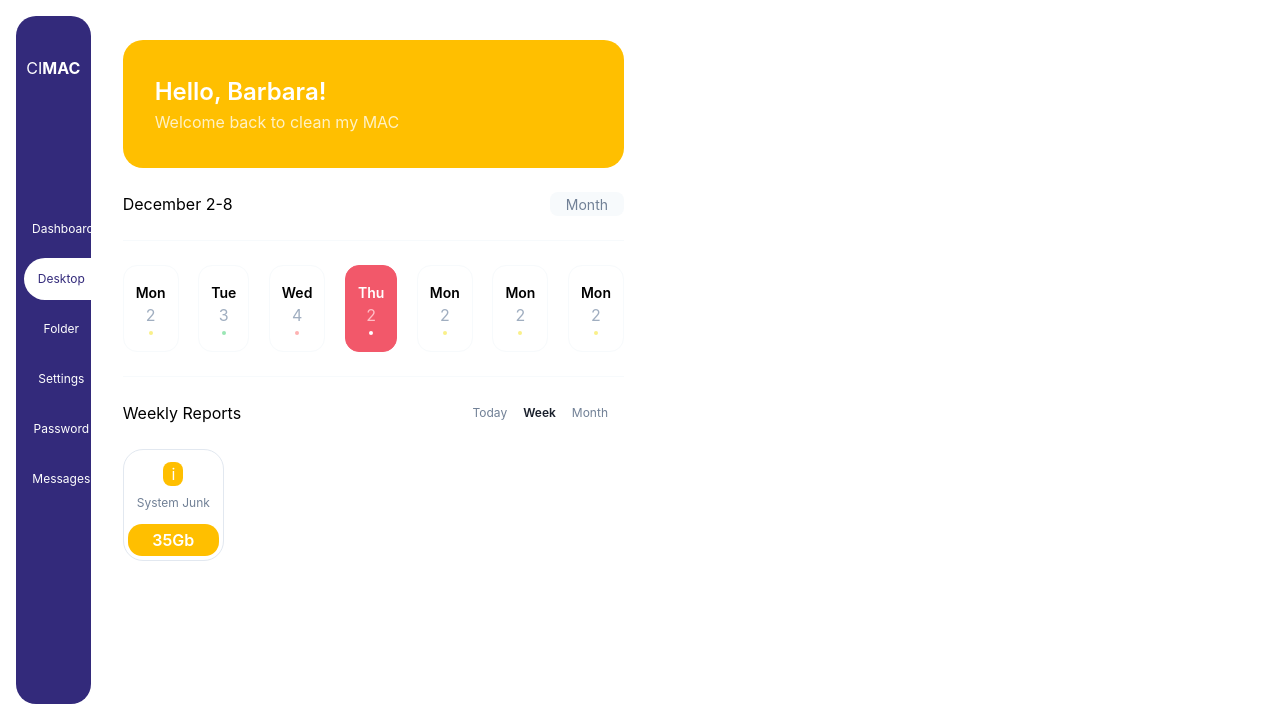
Repository: charleyvibez/experiment-Utility-software-UI
Page: index.html
These files come from the project's save history. The page is drawn as it stood at one moment and after the next save; the edit follows.
The browser window is 1280 px wide. The pictures show the whole page.

Above is the page before, as saved 2020-03-18 00:53:54.

After the next save:
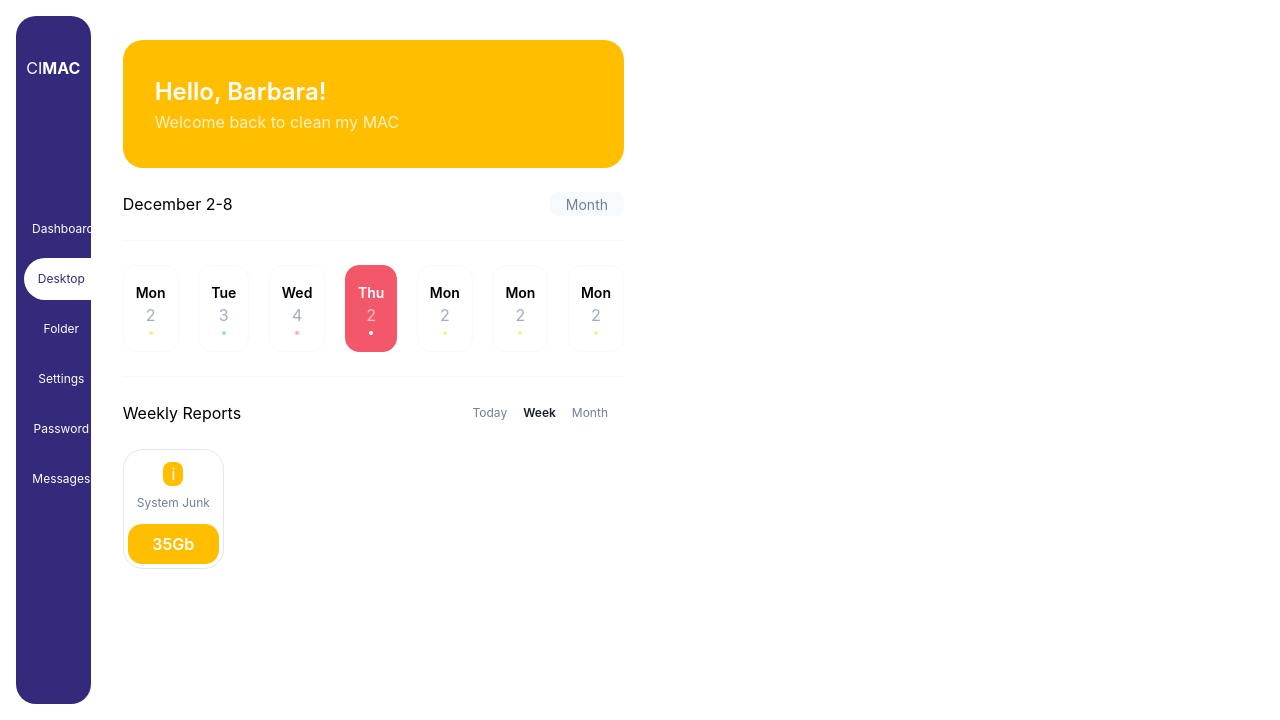
Saved 18 s later.
--- a/index.html
+++ b/index.html
@@ -102,7 +102,7 @@
               i
             </span>
             <h6 class="text-xs mb-3 text-gray-600">System Junk</h6>
-            <span class="inline-block yellow-bg px-5 py-1 text-center rounded-semi-xl text-white font-semibold w-full">35Gb</span>
+            <span class="inline-block yellow-bg px-5 py-2 text-center rounded-semi-xl text-white font-semibold w-full">35Gb</span>
            </div>
           </div>
         </div>
